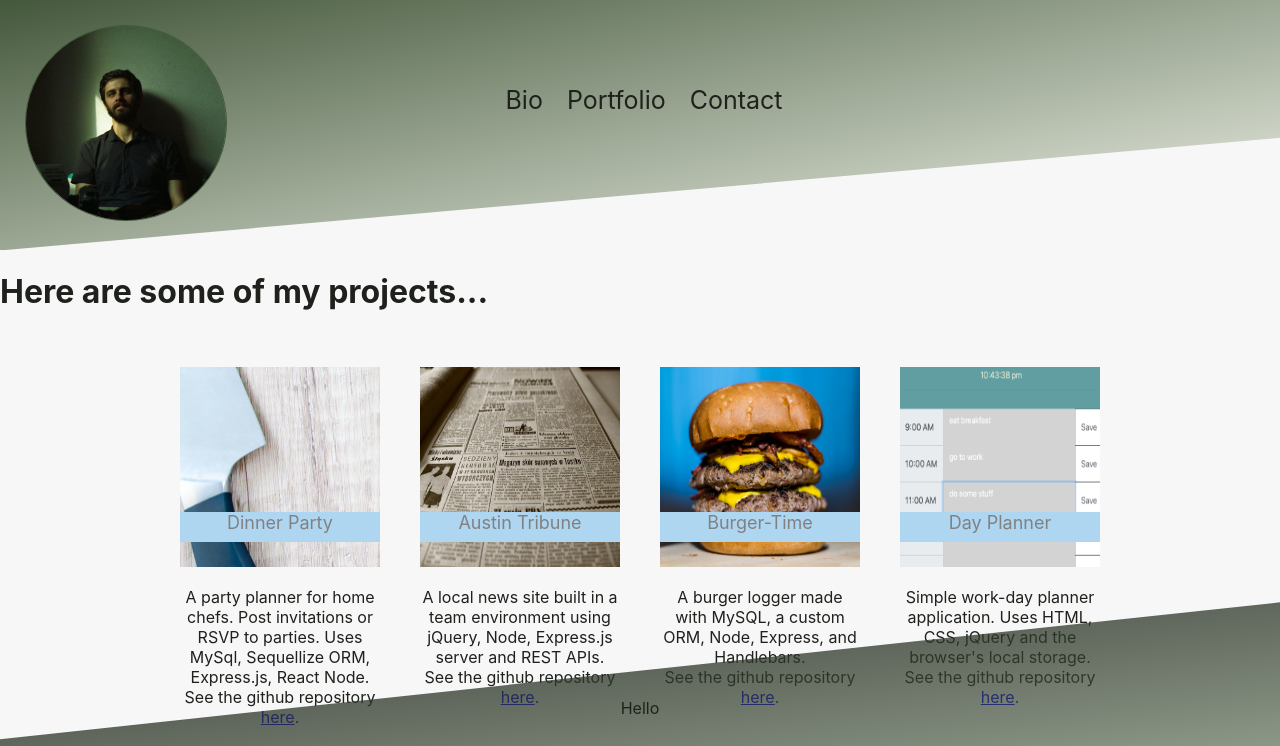
Repository: joeldelatte/react-portfolio
Page: /portfolio (app in client/)
These files come from the project's save history. The page is drawn as it stood at one moment and after the next save; the edit follows.
The browser window is 1280 px wide. The pictures show the whole page.
The project was rebuilt for these pictures with package versions that can differ from the ones it lists, and the page was loaded fresh each time. Also part of the build but not shown: client/src/App.css, client/src/Components/Bio/Bio.js, client/src/Components/Contact/Contact.js.

Above is the page before, as saved 2020-07-11 01:07:51.

After the next save:
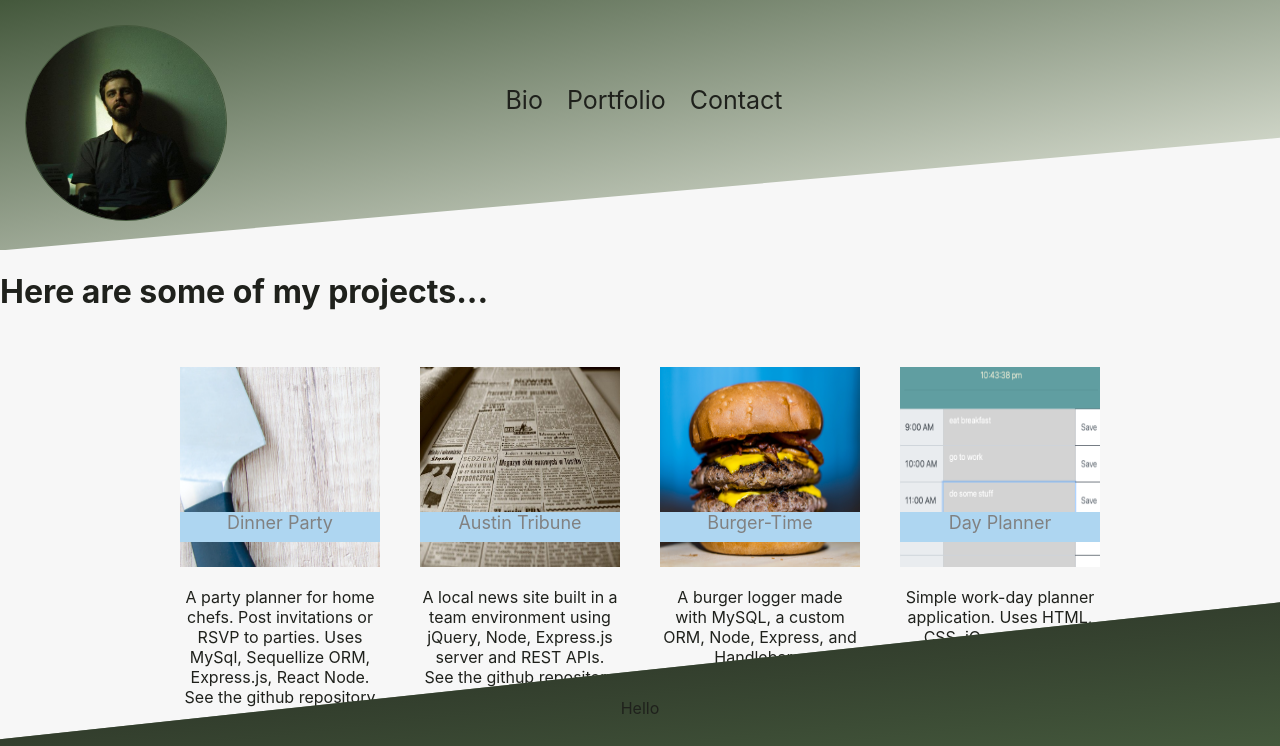
Saved 16 s later.
--- a/client/src/Components/Portfolio/portfolio.css
+++ b/client/src/Components/Portfolio/portfolio.css
@@ -61,8 +61,8 @@
     margin-top: auto;
     height: 3rem;
     padding-top: 6rem;
-    /* background-color: rgb(68,88,60); */
-    background-image: linear-gradient(to right bottom, rgba(31,33,28, 0.901), rgba(68,88,60, 0.601));
+    background-color: rgb(68,88,60);
+    /* background-image: linear-gradient(to right bottom, rgba(31,33,28, 0.901), rgba(68,88,60, 0.601)); */
     -webkit-clip-path: polygon(0 95%, 100% 0, 100% 100%, 0 100%);
     clip-path: polygon(0 95%, 100% 0, 100% 100%, 0 100%);
     text-align: center;

After the save that followed:
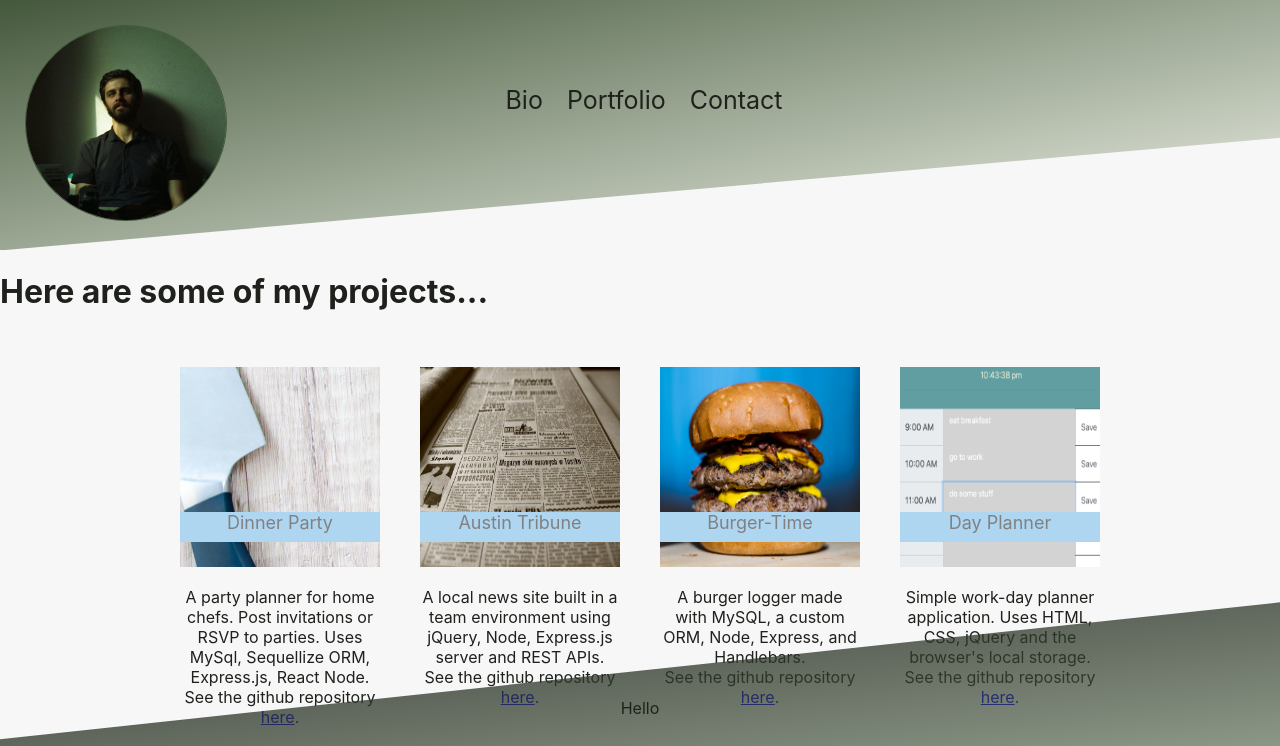
Saved 5 s later.
--- a/client/src/Components/Portfolio/portfolio.css
+++ b/client/src/Components/Portfolio/portfolio.css
@@ -61,8 +61,8 @@
     margin-top: auto;
     height: 3rem;
     padding-top: 6rem;
-    background-color: rgb(68,88,60);
-    /* background-image: linear-gradient(to right bottom, rgba(31,33,28, 0.901), rgba(68,88,60, 0.601)); */
+    /* background-color: rgb(68,88,60); */
+    background-image: linear-gradient(to right bottom, rgba(31,33,28, 0.901), rgba(68,88,60, 0.601));
     -webkit-clip-path: polygon(0 95%, 100% 0, 100% 100%, 0 100%);
     clip-path: polygon(0 95%, 100% 0, 100% 100%, 0 100%);
     text-align: center;
